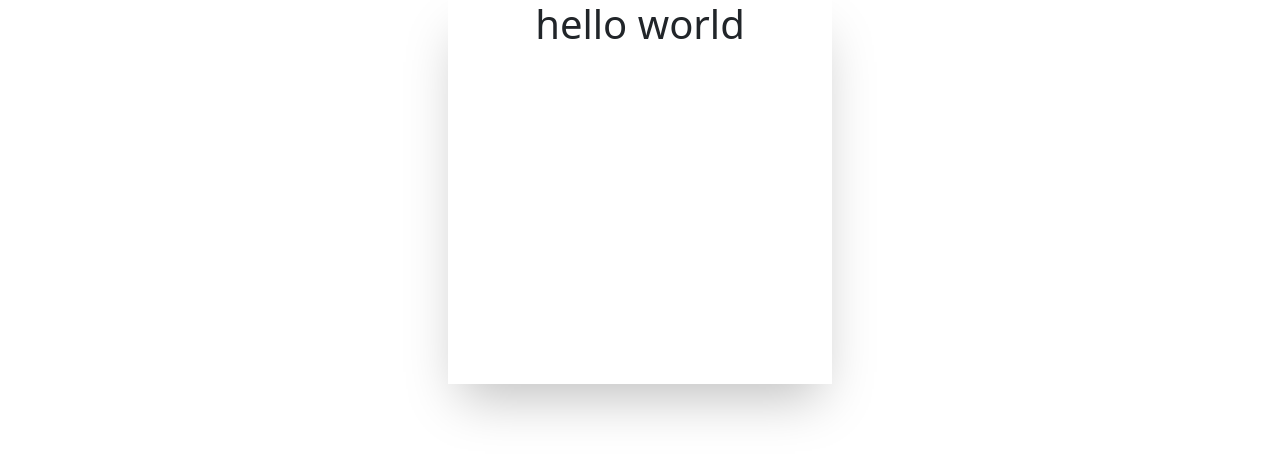
Repository: latenightsnacc/covid-19tracker
Page: design/index.html
The author's editor kept a copy of each file at every save. The page is drawn from the files as they stood at one save, then again after the next save.
The browser window is 1280 px wide. The pictures show the whole page.
Some web libraries are served in a nearby version.

Above is the page before, as saved 2021-07-22 13:52:02.

### design/index.html
<!DOCTYPE html>
<html lang="en">
<head>
    <meta charset="UTF-8">
    <meta http-equiv="X-UA-Compatible" content="IE=edge">
    <meta name="viewport" content="width=device-width, initial-scale=1.0">
    <!--Tailwind Css-->
    <link href="https://unpkg.com/tailwindcss@^2/dist/tailwind.min.css" rel="stylesheet">
    <!--Bootstrap CSS-->
    <link href="https://cdn.jsdelivr.net/npm/bootstrap@5.0.0-beta3/dist/css/bootstrap.min.css" rel="stylesheet" integrity="sha384-eOJMYsd53ii+scO/bJGFsiCZc+5NDVN2yr8+0RDqr0Ql0h+rP48ckxlpbzKgwra6" crossorigin="anonymous">
    <!--Font Awesome 5 CDN-->
    <link href="https://cdnjs.cloudflare.com/ajax/libs/font-awesome/5.13.0/css/all.min.css" rel="stylesheet">
    <title>COVID-19 Tracker</title>
</head>
<body>
    <main>
        <div class="w-96 m-auto shadow-2xl bg-white h-96 text-center">
            <h1>hello world</h1>
        </div>
    </main>
</body>
</html>

After the next save:
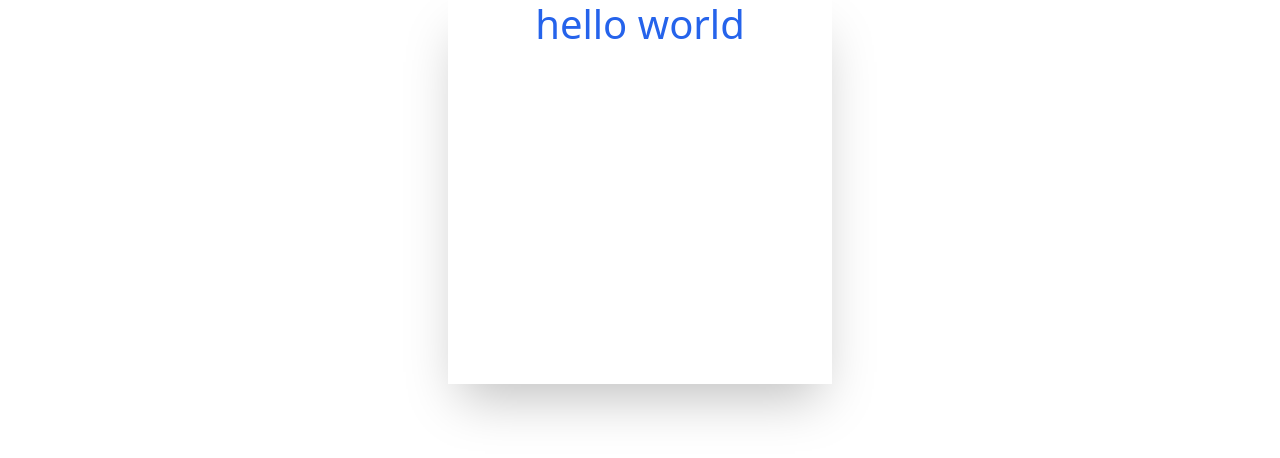
Saved 51 s later.
--- a/design/index.html
+++ b/design/index.html
@@ -15,7 +15,7 @@
 <body>
     <main>
         <div class="w-96 m-auto shadow-2xl bg-white h-96 text-center">
-            <h1>hello world</h1>
+            <h1 class="text-blue-600">hello world</h1>
         </div>
     </main>
 </body>
